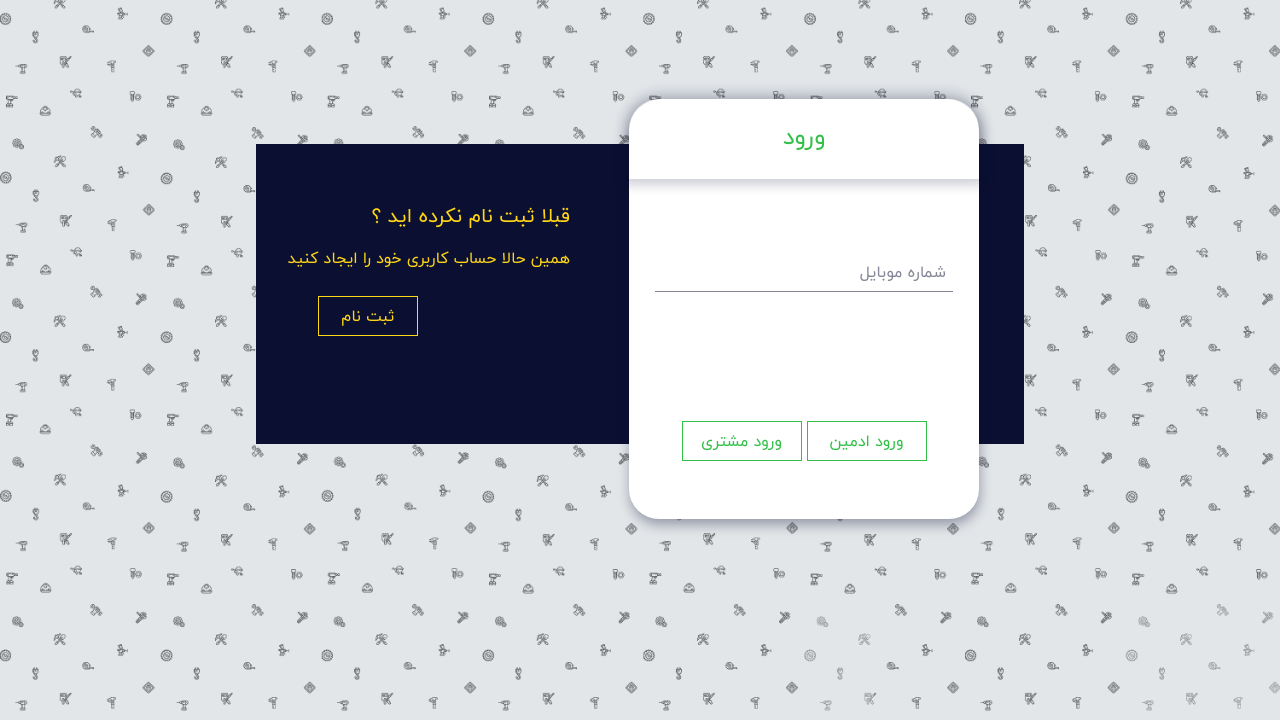
Repository: nightwolf-041/pisheyar-panel-user
Page: /login
The author's editor kept a copy of each file at every save. The page is drawn from the files as they stood at one save, then again after the next save.
The browser window is 1280 px wide. The pictures show the whole page.
The page's requests for data from a server got no answer. The project was rebuilt for these pictures with package versions that can differ from the ones it lists, and the page was loaded fresh each time. No one was signed in, and anything a server would have sent is missing. Also part of the build but not shown: src/components/login/RegisterBoxSteps.jsx.

Above is the page before, as saved 2020-05-19 15:40:01.

### src/index.css
@font-face {
    font-family: Yekan;
    src: url('./assets/fonts/iran-yekan/iranyekan.woff')
}

*,
* * {
    font-family: Yekan !important;
}

body {
    margin: 0 auto;
    font-family: Yekan !important;
    overflow-x: hidden !important;
    overflow-y: hidden !important;
}

code {
    font-family: source-code-pro, Menlo, Monaco, Consolas, 'Courier New', monospace;
}

### src/App.js
import React, {lazy, Suspense} from 'react';
import { BrowserRouter, Switch, Route, Redirect } from 'react-router-dom'
import { useCookies } from 'react-cookie';
import './App.css';

const LoginPage = lazy(() => import('./components/login/Login'))
const Chat = lazy(() => import('./components/chat/Chat'))


function App() {

  const [cookies, setCookie] = useCookies(['token']);
  console.log(cookies.token);
  let x = 10

  setCookie('token', null)

  return (
    <BrowserRouter>
      <React.Fragment>
          <Switch>

          {cookies.token !== null ?
            <Route path="/" exact render={() => (
              <Suspense fallback={<div className="lds-dual-ring"></div>}>
                <Chat />
              </Suspense>
            )} />
            :
            <Redirect to="/login" />
            }
            <Route path="/login" exact render={() => (
              <Suspense fallback={<div className="lds-dual-ring"></div>}>
                <LoginPage />
              </Suspense>
            )} />
          {/* }  */}

          {/* <Route render={() => <div>سیشسیشسیشسی</div>} /> */}

          </Switch>
      </React.Fragment>
    </BrowserRouter>
  );
}

export default App;

### src/App.css
@font-face {
    font-family: Yekan;
    src: url('./assets/fonts/iran-yekan/iranyekan.woff')
}

*,
* * {
    font-family: Yekan !important;
}

.Toastify__toast-body {
    text-align: right !important;
}

.react-code-input input {
    padding: 0 !important;
    text-align: center !important;
    font-size: 1.2rem !important;
}

.lds-dual-ring {
    display: flex;
    justify-content: center;
    align-items: center;
    width: 150px;
    height: 150px;
    position: fixed;
    top: 30%;
    left: calc(50% - 75px);
    transform: translateZ(0);
    -webkit-transform: translateZ(0);
    -ms-transform: translateZ(0);
    -o-transform: translateZ(0);
}

.lds-dual-ring:after {
    content: " ";
    display: block;
    width: 64px;
    height: 64px;
    margin: 8px;
    border-radius: 50%;
    border: 6px solid #fff;
    border-color: #0b1033 transparent #ffd617 transparent;
    animation: lds-dual-ring 1.2s linear infinite;
    -webkit-animation: lds-dual-ring 1.2s linear infinite;
    -moz-animation: lds-dual-ring 1.2s linear infinite;
    -o-animation: lds-dual-ring 1.2s linear infinite;
}

@keyframes lds-dual-ring {
    0% {
        transform: rotate(0deg);
    }
    100% {
        transform: rotate(360deg);
    }
}

@-webkit-keyframes lds-dual-ring {
    0% {
        transform: rotate(0deg);
    }
    100% {
        transform: rotate(360deg);
    }
}

@-moz-keyframes lds-dual-ring {
    0% {
        transform: rotate(0deg);
    }
    100% {
        transform: rotate(360deg);
    }
}

@-o-keyframes lds-dual-ring {
    0% {
        transform: rotate(0deg);
    }
    100% {
        transform: rotate(360deg);
    }
}

### src/components/login/LoginBixSteps.jsx
import React from 'react'
import ReactCodeInput from 'react-code-input'
import classes from './login.module.css'


const LoginBixSteps = (props) => {
    return (
        <div>
            <h4 className={classes.loginRegisterLoginHead}>
                {props.loginStepTwoSwitch ?
                'کد دریافتی را وارد کنید'
                :
                'ورود'
                }
            </h4>

            {props.loginStepTwoSwitch ?

            <div className={classes.loginRegisterLoginForm}>

                <ReactCodeInput type='text' fields={6} onChange={val => props.loginCodeInputChangeHandler(val)} />

                <div className={classes.timerBox}>
                    <span>
                        {props.minutes2}:{props.seconds2 < 10 ? `0${props.seconds2}` : props.seconds2}
                    </span>
                </div>

                <div className={classes.registerStep2Buttonsbox}>
                    <button type="button"
                    onClick={props.loginStep2ClickHandler}
                    disabled={props.registerStep2Status.loading}
                    className={classes.loginStep2Button}>
                    ورود
                    </button>

                    <button type="button"
                    onClick={props.loginStep2BackHandler}
                    disabled={props.registerStep2Status.loading}
                    className={classes.loginStep2BackButton}>
                        بازگشت
                    </button>
                </div>
            </div>
                :

            <div className={classes.loginRegisterLoginForm}>
                <input
                className={!props.loginPhoneNumberValidMsg ?
                    classes.loginRegisterLoginPhoneNumber
                    : classes.loginRegisterLoginPhoneNumberInvalid}
                type="text"
                name="mobile"
                onChange={props.loginPhoneNumberChangeHandler}
                // onBlur={handleBlur}
                value={props.loginPhoneNumberValue}
                placeholder="شماره موبایل"
            />
            {props.loginPhoneNumberValidMsg && (
                    <div className={classes.loginMobileErrorSpan}>{props.loginPhoneNumberValidMsg}</div>
                )
            }
            <button type="button"
                onClick={() => props.handleSellerByerSubmit('959b10a3-b8ed-4a9d-bdf3-17ec9b2ceb15')}
                disabled={props.loginStatus.loading}
                className={classes.loginRegisterLoginButton}>
                {props.loginStatus.loading ?
                'صبور باشید' :
                'ورود ادمین'}
            </button>
            <button type="button"
                onClick={() => props.handleSellerByerSubmit('91b3cdab-39c1-40fb-b077-a2d6e611f50a')}
                disabled={props.loginStatus.loading}
                className={classes.loginRegisterLoginButtonByer}>
                {props.loginStatus.loading ?
                'صبور باشید' :
                'ورود مشتری'}
            </button>
            </div>
            }
        </div>
    )
}

export default LoginBixSteps

Loaded but not shown: public/index.html (common file); src/serviceWorker.js (common file); src/index.js (23 lines, source omitted); src/components/login/Login.jsx (741 lines, source omitted); src/components/login/login.module.css (1034 lines, source omitted)

After the next save:
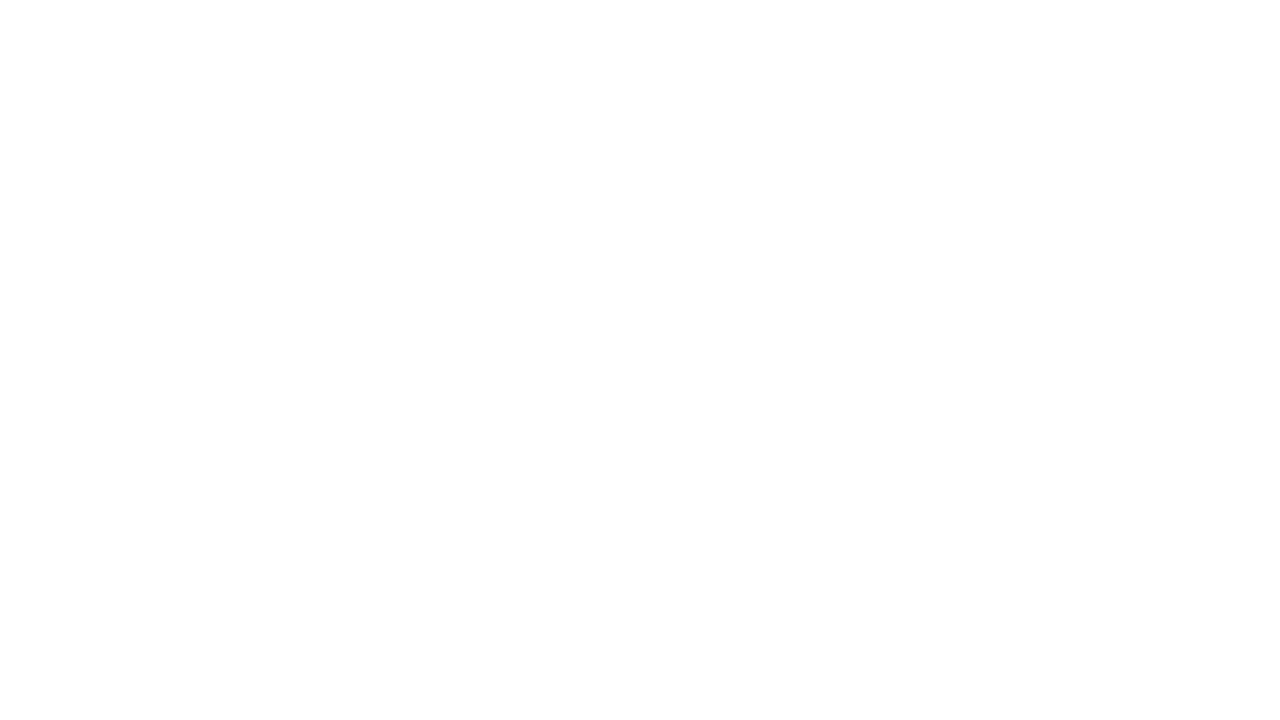
Saved 31 s later.
--- a/src/App.js
+++ b/src/App.js
@@ -27,13 +27,13 @@
               </Suspense>
             )} />
             :
-            <Redirect to="/login" />
-            }
             <Route path="/login" exact render={() => (
               <Suspense fallback={<div className="lds-dual-ring"></div>}>
                 <LoginPage />
               </Suspense>
             )} />
+            }
+
           {/* }  */}
 
           {/* <Route render={() => <div>سیشسیشسیشسی</div>} /> */}

After the 2 saves that followed:
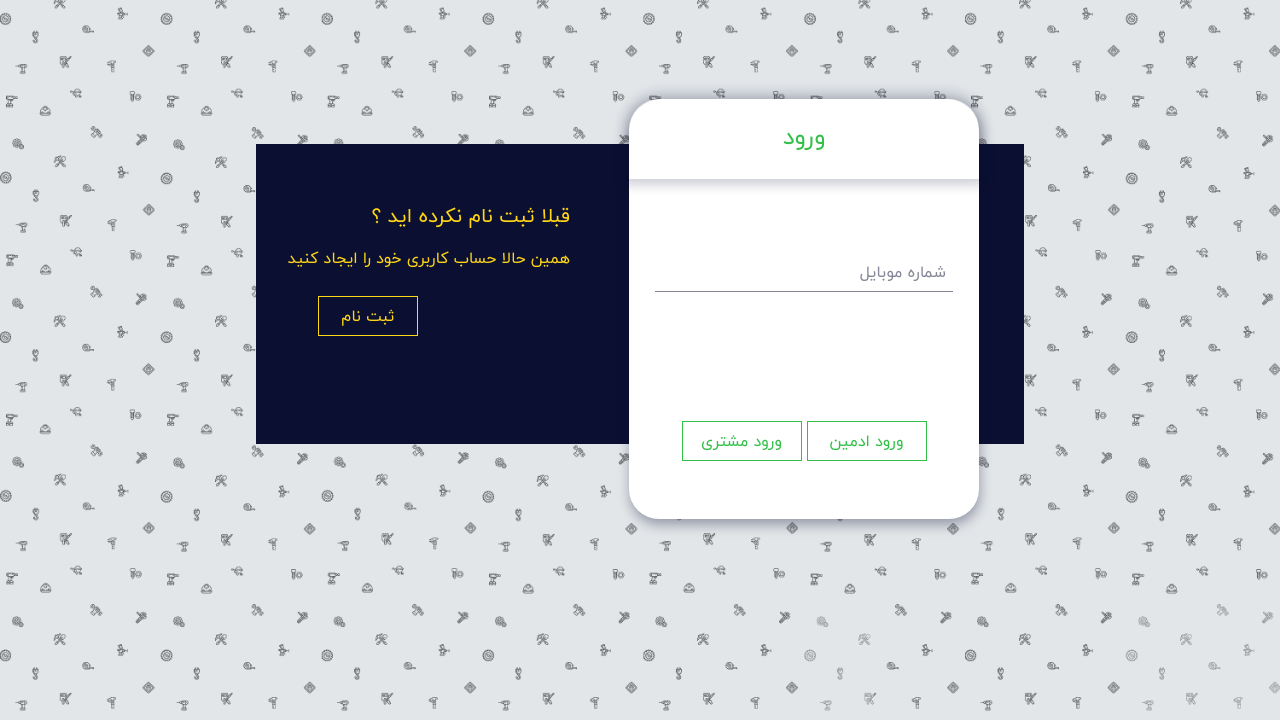
The 2 saves are shown as one change because 1 left the picture as it was.
The last was saved 8 min 56 s later.
--- a/src/App.js
+++ b/src/App.js
@@ -1,5 +1,5 @@
 import React, {lazy, Suspense} from 'react';
-import { BrowserRouter, Switch, Route, Redirect } from 'react-router-dom'
+import { BrowserRouter, Switch, Route } from 'react-router-dom'
 import { useCookies } from 'react-cookie';
 import './App.css';
 
@@ -11,7 +11,11 @@
 
   const [cookies, setCookie] = useCookies(['token']);
   console.log(cookies.token);
-  let x = 10
+  if(cookies.token === null) {
+    console.log('its null');
+  } else{
+    console.log('its trueeee');
+  }
 
   setCookie('token', null)
 
@@ -20,20 +24,18 @@
       <React.Fragment>
           <Switch>
 
-          {cookies.token !== null ?
+          {/* {cookies.token !== null ? */}
             <Route path="/" exact render={() => (
               <Suspense fallback={<div className="lds-dual-ring"></div>}>
                 <Chat />
               </Suspense>
             )} />
-            :
+            {/* : */}
             <Route path="/login" exact render={() => (
               <Suspense fallback={<div className="lds-dual-ring"></div>}>
                 <LoginPage />
               </Suspense>
             )} />
-            }
-
           {/* }  */}
 
           {/* <Route render={() => <div>سیشسیشسیشسی</div>} /> */}
